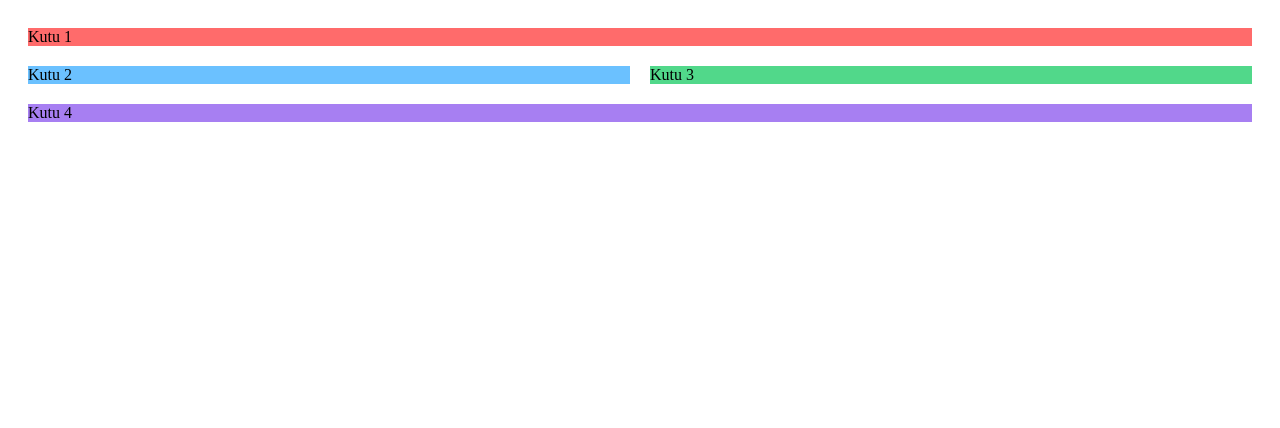
Repository: mertfurkandgn/artpainting
Page: card-1/index.html
The author's editor kept a copy of each file at every save. The page is drawn from the files as they stood at one save, then again after the next save.
The browser window is 1280 px wide. The pictures show the whole page.

Above is the page before, as saved 2025-07-30 21:55:55.

After the next save:
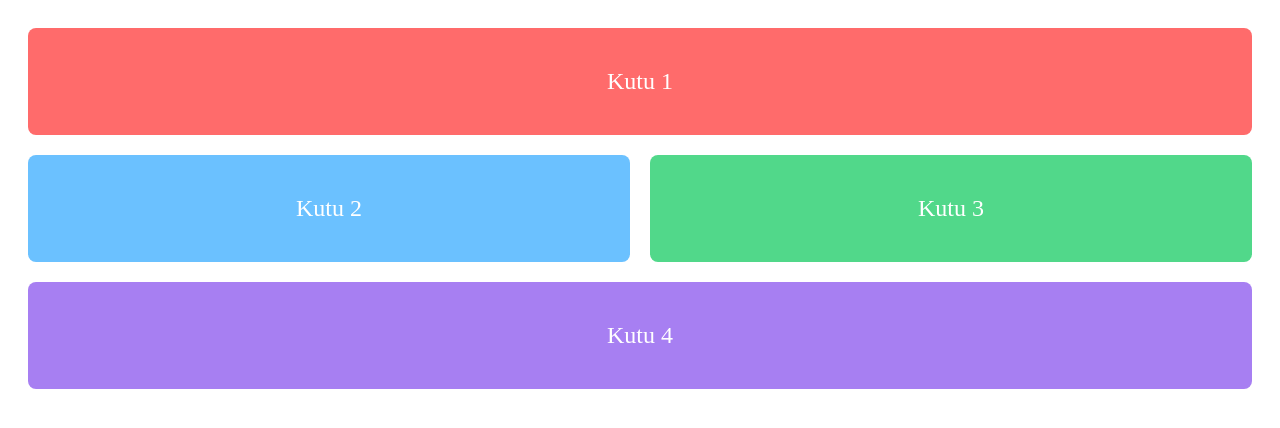
Saved 50 s later.
--- a/card-1/css/style.css
+++ b/card-1/css/style.css
@@ -7,6 +7,14 @@
     "box2 box3"
     "box4 box4";
   padding: 20px;
+}
+
+.box {
+  padding: 40px;
+  color: white;
+  font-size: 1.5rem;
+  text-align: center;
+  border-radius: 8px;
 }
 /* Renkler ve alanlar */
 .box1 {
